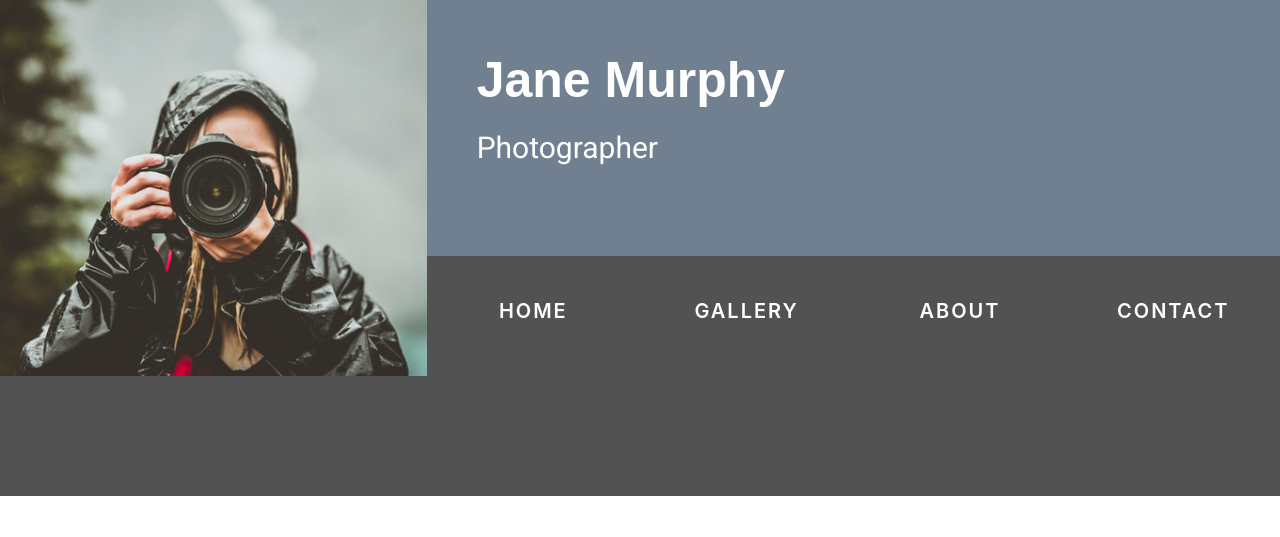
Repository: Code-Institute-Submissions/MrChrisRandall-milestone-1
Page: index.html
The author's editor kept a record of every edit. The page is drawn from the files as they stood at one moment, then again after the next edit.
The browser window is 1280 px wide. The pictures show the whole page.

Above is the page before.

### index.html
<!DOCTYPE html>
<html lang="en">

<head>
    <meta charset="UTF-8">
    <meta name="viewport" content="width=device-width, initial-scale=1.0">
    <meta http-equiv="X-UA-Compatible" content="ie=edge">
    <link rel="stylesheet" href="https://stackpath.bootstrapcdn.com/bootstrap/4.3.1/css/bootstrap.min.css" type="text/css" />
    <link rel="stylesheet" href="https://stackpath.bootstrapcdn.com/font-awesome/4.7.0/css/font-awesome.min.css" type="text/css" />
    <link rel="stylesheet" href="https://cdnjs.cloudflare.com/ajax/libs/hover.css/2.3.1/css/hover-min.css" type="text/css" />
    <link rel="stylesheet" href="assets/css/style.css" type="text/css" />
    <title>Studio 21</title>
</head>

<body>
    <header>
        <div class="row no-gutters">
            <a href="index.html" class="col-md-4 logo">

            </a>
            <div class="col-md-8">
                <div class="row no-gutters bg-color-name-title">
                    <div class="col heading">
                        <h1 class="name">Jane Murphy</h1>
                        <h2 class="title">Photographer</h2>
                    </div>
                </div>
                <div class="row no-gutters">
                    <div class="col">
                        <ul id="nav" class="list-inline menucontainer">
                            <li class="col-2 col-sm-3 ui-menu-color-home list-inline-item menuitem">
                                <a href="#"><span>Home</span></a>
                            </li>
                            <li class="col-2 col-sm-3 ui-menu-color-gallery list-inline-item menuitem">
                                <a href="#"><span>Gallery</span></a>
                            </li>
                            <li class="col-2 col-sm-3 ui-menu-color-about list-inline-item menuitem">
                                <a href="#"><span>About</span></a>
                            </li>
                            <li class="col-2 col-sm-3 ui-menu-color-contact list-inline-item menuitem">
                                <a href="#"><span>Contact</span></a>
                            </li>
                        </ul>
                    </div>
                </div>

            </div>
        </div>

    </header>

    <section>

    </section>

    <footer>

    </footer>

</body>

</html>

### assets/css/style.css
@import url('https://fonts.googleapis.com/css?family=Roboto&display=swap:100,200,300,400,500,600,700|Exo:100,200,300,400,500,600,700');


/*--------------------------------------------------Colors*/

.bg-color-name-title {
    background-color: #708090;
}

.ui-menu-color-home {
    background-color: #525252;
}

.ui-menu-color-gallery {
    background-color: #525252;
}

.ui-menu-color-about {
    background-color: #525252;
}

.ui-menu-color-contact {
    background-color: #525252;
}

/*--------------------------------------------------Header*/

.header {
    margin: 0;
}

.heading {
    margin-left: 50px;
}

.logo {
    background: url(../images/pic.jpg);
    background-position: center;
    background-repeat: no-repeat;
    background-size: cover;
    min-height: 360px;
    transition: all .5s ease-in-out;
    -moz-transition: all .5s ease-in-out;
    -webkit-transition: all .5s ease-in-out;
}

.name {
    font-family: "Exo", sans-serif;
    font-weight: 600;
    font-size: 50px;
    margin-top: 50px;
    color: #fff;
}

.title {
    font-family: "Roboto", sans-serif;
    font-weight: 400;
    font-size: 30px;
    margin-top: 20px;
    margin-bottom: 90px;
    color: #fff;
}

.list-inline-item:not(:last-child) {
    margin: 0;
}

.menucontainer {
    font-size: 0;
}

#nav {
    margin: 0;
}

#nav li {
    font-size: 14px;
    padding: 0;
}

.menuitem {
    height: 120px;
    text-align: center;
    padding: 0;
}

.menuitem a {
    width: 100%;
    text-decoration: none;
    color: #fff;
    height: 120px;
}

.menuitem span {
    display: block;
    width: 100%;
    padding-top: 40px;
    text-align: center;
    text-transform: uppercase;
    font-size: 20px;
    font-weight: 600;
    letter-spacing: 2px;
}

/*--------------------------------------------------Footer*/

footer {
    background-color: #525252;
    color: #fafafa;
    min-height: 120px;
    margin: 0;
}

.cv-pdf i {
    font-size: 18px;
    color: #fafafa;
    text-align: center;
    padding-left: 5px;
    transition: all 0.35s ease-in-out;
    -moz-transition: all 0.35s ease-in-out;
    -webkit-transition: all 0.35s ease-in-out;
    -o-transition: all 0.35s ease-in-out;
}

.cv-pdf i:hover {
    color: #708090;
}

.social-links {
    padding-bottom: 15px;
}

.social-links li a i {
    width: 32px;
    height: 32px;
    padding: 12px 0;
    border-radius: 50%;
    font-size: 13px;
    line-height: 7px;
    text-align: center;
    color: #fafafa;
    background: #8f8f8f;
    transition: all 0.35s ease-in-out;
    -moz-transition: all 0.35s ease-in-out;
    -webkit-transition: all 0.35s ease-in-out;
    -o-transition: all 0.35s ease-in-out;
}

.social-links li a i:hover {
    background: #708090;
}

#footer-details {
    padding: 20px;
}

After the next edit:
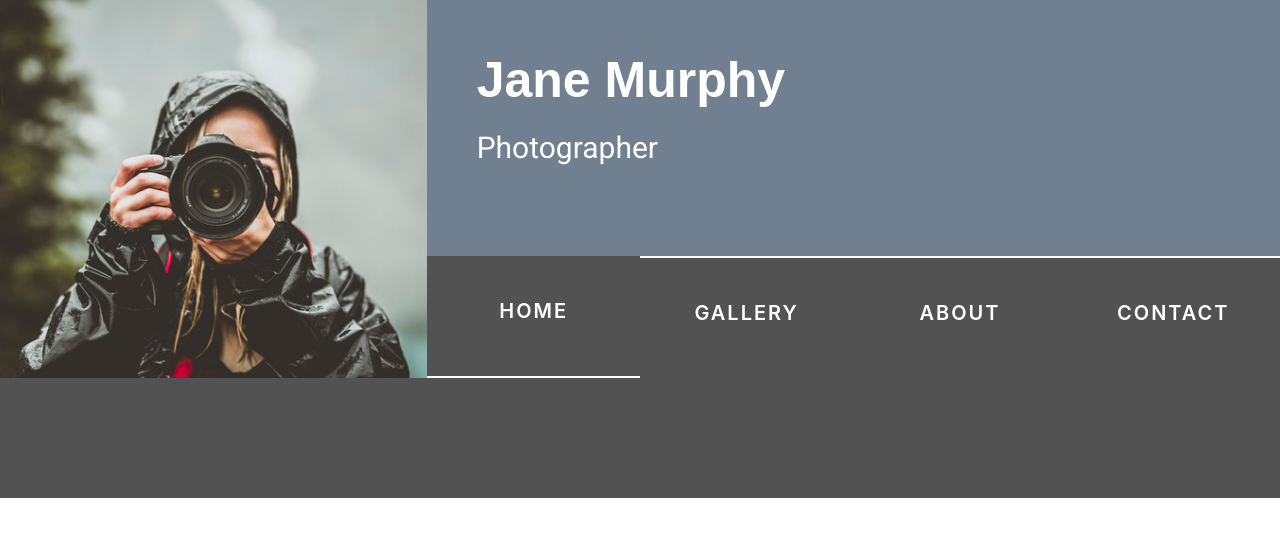
The edit:
--- a/index.html
+++ b/index.html
@@ -29,7 +29,7 @@
                     <div class="col">
                         <ul id="nav" class="list-inline menucontainer">
                             <li class="col-2 col-sm-3 ui-menu-color-home list-inline-item menuitem">
-                                <a href="#"><span>Home</span></a>
+                                <a href="#" class="hvr-sweep-to-bottom"><span>Home</span></a>
                             </li>
                             <li class="col-2 col-sm-3 ui-menu-color-gallery list-inline-item menuitem">
                                 <a href="#"><span>Gallery</span></a>
